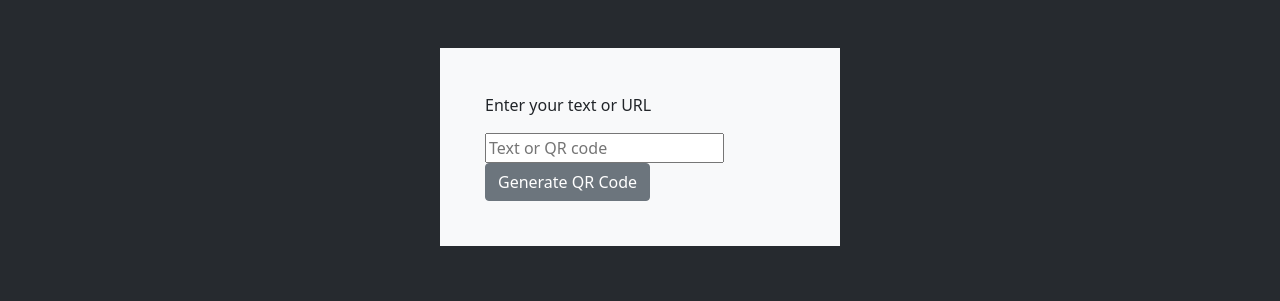
Repository: zeinawady/Qr-Code-Generator-App
Page: index.html
These files come from the project's save history. The page is drawn as it stood at one moment and after the next save; the edit follows.
The browser window is 1280 px wide. The pictures show the whole page.

Above is the page before, as saved 2024-10-30 00:28:27.

After the next save:
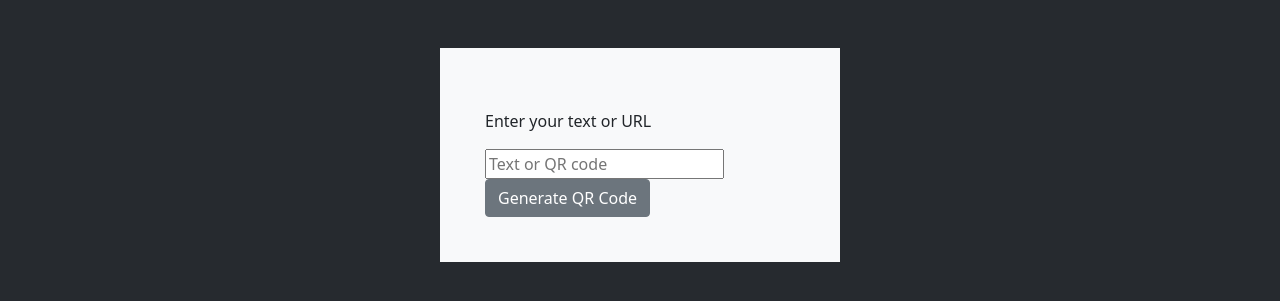
Saved 4 s later.
--- a/index.html
+++ b/index.html
@@ -11,7 +11,7 @@
 <body>
     <div class="container  d-flex justify-content-center align-items-center bg-light mt-5">
    <div class="qr-container">
-<p class="">Enter your text or URL</p>
+<p class="my-3">Enter your text or URL</p>
 <input type="text" placeholder="Text or QR code">
 <button class="btn btn-secondary">Generate QR Code</button>
    </div>
